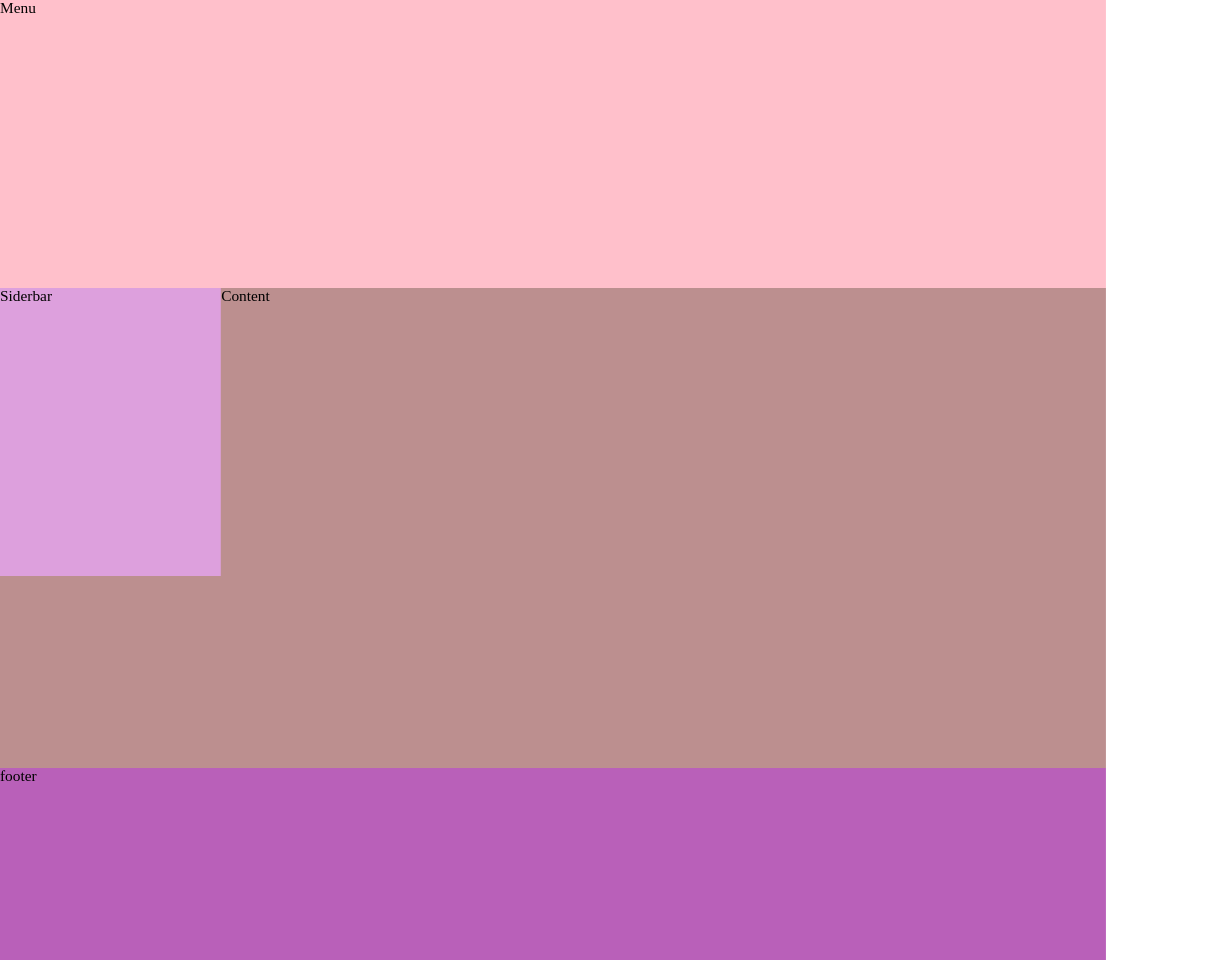
Repository: cvTuananh/Wed-famework
Page: Lab04/lab04/demo05.html
The author's editor kept a copy of each file at every save. The page is drawn from the files as they stood at one save, then again after the next save.
The browser window is 1280 px wide. The pictures show the whole page, at 96% of full size.

Above is the page before, as saved 2021-09-28 19:43:29.

After the next save:
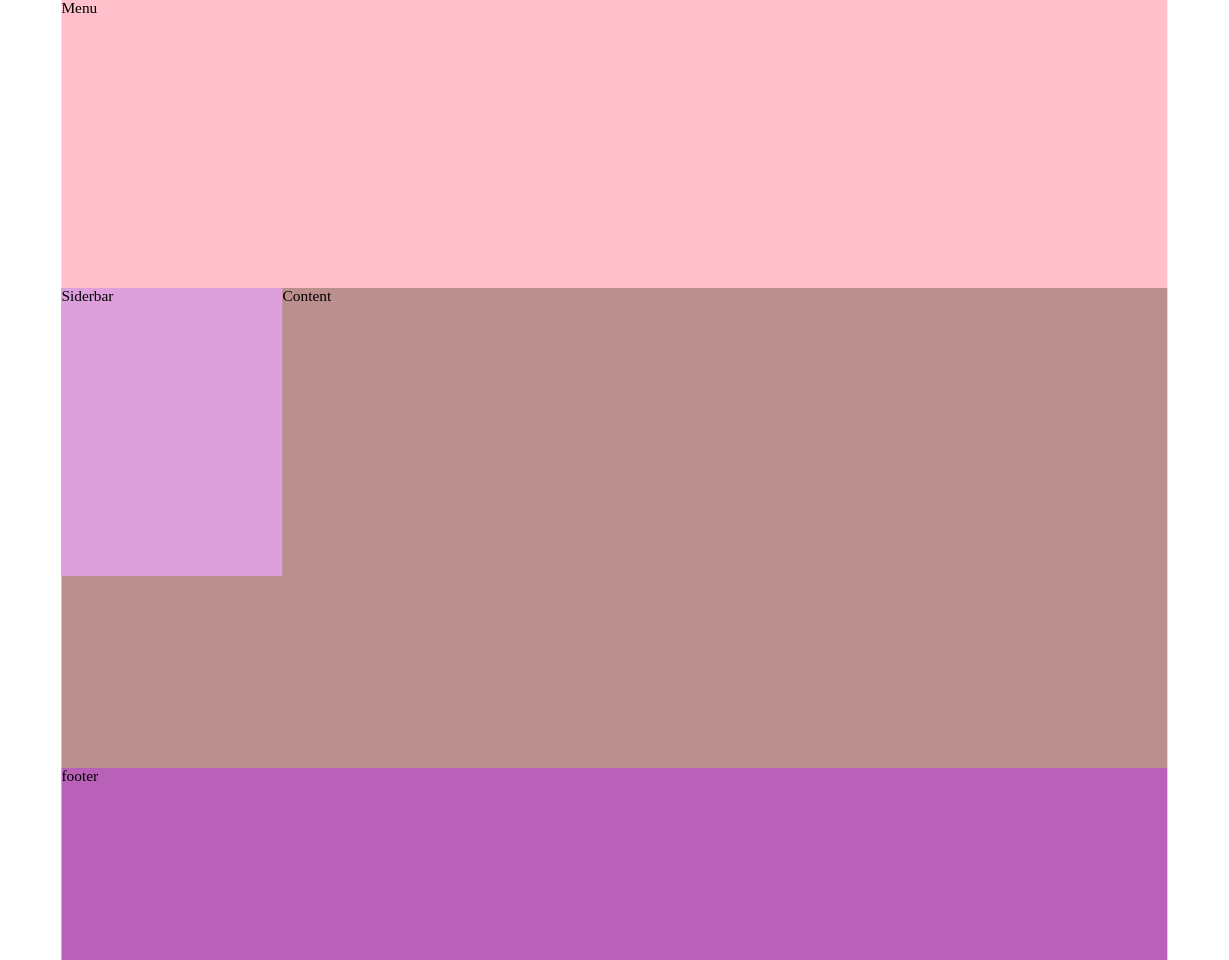
Saved 20 s later.
--- a/Lab04/lab04/css/demo05.css
+++ b/Lab04/lab04/css/demo05.css
@@ -5,7 +5,7 @@
 }
 .container{
     width: 90%;
-    margin: 0;
+    margin: 0 auto;
 }
 nav{
     background-color: pink;
